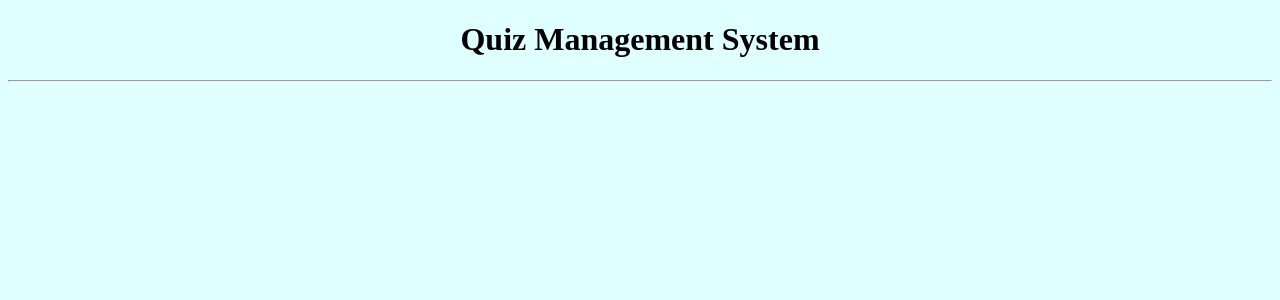
Repository: Rohitsenpai01/Quiz-Manangement-System
Page: http://localhost/WebQuizApp/register.jsp
These files come from the project's save history. The page is drawn as it stood at one moment and after a run of saves; the edit follows.
The browser window is 1280 px wide. The pictures show the whole page.
The page is served by Tomcat 9.

Above is the page before, as saved 2025-12-29 06:02:34.

After the next 6 saves:
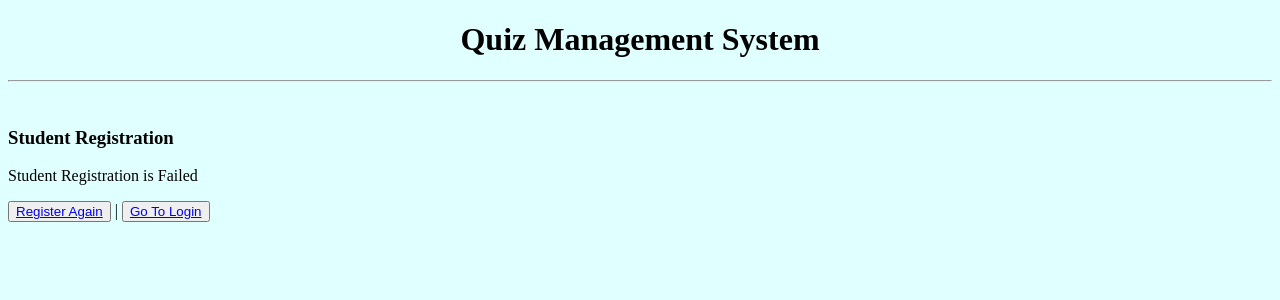
The 6 saves are shown as one change because 5 did not build or start.
The last was saved 7 min 18 s later.
--- a/WebQuizApp/WebQuizApp/src/main/webapp/register.jsp
+++ b/WebQuizApp/WebQuizApp/src/main/webapp/register.jsp
@@ -1,5 +1,6 @@
 <%@ page language="java" contentType="text/html; charset=UTF-8"
     pageEncoding="UTF-8"%>
+<%@ taglib prefix="c" uri="http://java.sun.com/jsp/jstl/core" %>
 <!DOCTYPE html>
 <html>
 <head>
@@ -8,6 +9,21 @@
 </head>
 <body bgcolor="${initParam.theme}">
 	<h1 style="text-align: center;">${initParam.appTitle}</h1><hr><br>
-
+	<h3>Student Registration</h3>
+	<jsp:useBean id="rp" class="com.app.beans.RegisterBean"/>
+	<jsp:setProperty name="rp" property="*"/>
+	<jsp:setProperty name="rp" property="role" value="Student"/>
+	${rp.registerStudent()}
+	<c:choose>
+		<c:when test="${rp.regStatus}">
+			<p>Student Registration is Successful</p>
+			<button><a href="index.jsp">Login Again</a></button>
+		</c:when>
+		<c:otherwise>
+			<p>Student Registration is Failed</p>
+			<button><a href="newstudent.jsp">Register Again</a></button> |
+			<button><a href="index.jsp">Go To Login</a></button>
+		</c:otherwise>
+	</c:choose>
 </body>
 </html>
